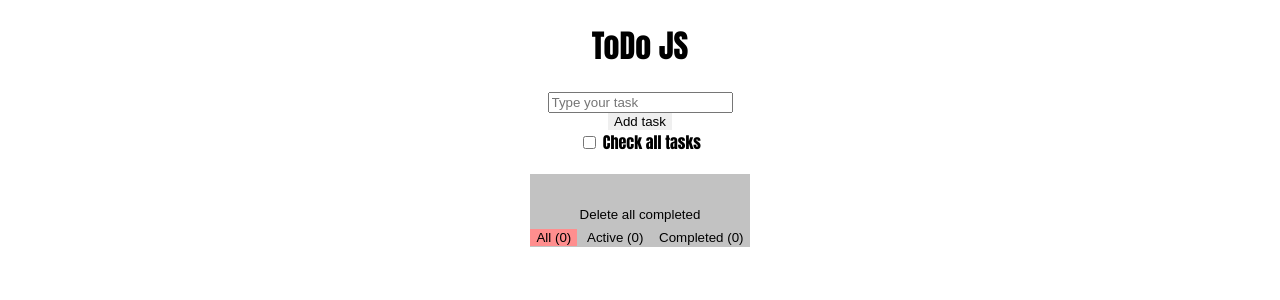
Repository: mklyagin/klyagin_todojs
Page: index.html
The author's editor kept a copy of each file at every save. The page is drawn from the files as they stood at one save, then again after the next save.
The browser window is 1280 px wide. The pictures show the whole page.

Above is the page before, as saved 2024-02-27 17:19:26.

After the next save:
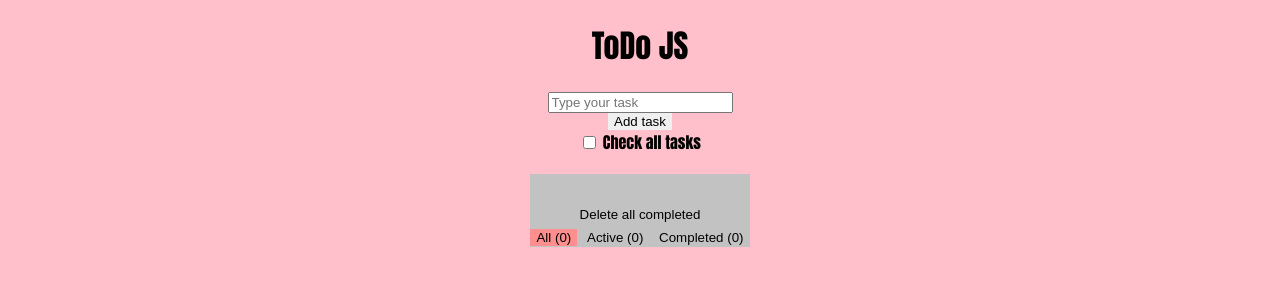
Saved 18 min 19 s later.
--- a/style.css
+++ b/style.css
@@ -6,6 +6,7 @@ body {
   align-items: center;
   justify-content: center;
   font-family: Impact, Haettenschweiler, 'Arial Narrow Regular', sans-serif;
+  background-color: pink;
 }
 
 body > h1 {
